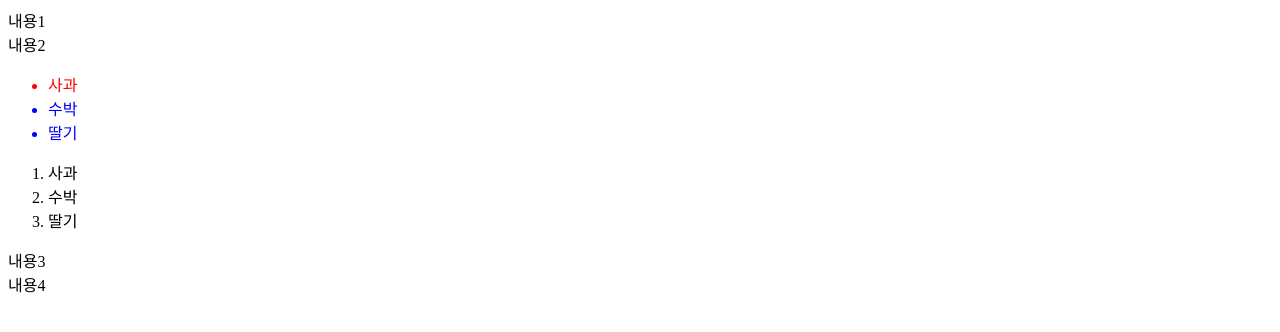
Repository: popconnect/jQuery
Page: http://localhost/jqueryEx01/jquery11.jsp
These files come from the project's save history. The page is drawn as it stood at one moment and after the next save; the edit follows.
The browser window is 1280 px wide. The pictures show the whole page.
The page is served by Tomcat 9.

Above is the page before, as saved 2023-05-15 07:20:45.

### jqueryEx01/src/main/webapp/jquery11.jsp
<%@ page language="java" contentType="text/html; charset=UTF-8"
	pageEncoding="UTF-8"%>
<!DOCTYPE html>
<html>
<head>
<meta charset="UTF-8">
<title>Insert title here</title>

<script src="https://ajax.googleapis.com/ajax/libs/jquery/3.6.4/jquery.min.js"></script>
<script type="text/javascript">
//window.jquery => jquery => $
	$(document).ready(function() {
		//parent() / children()
		//prev() / next()
		//sibling()
		$( '#l1' ).css('color', 'red');
		$( '#l1' ).parent().css('color', 'blue');
	});


</script>
</head>
<div>
	<div>내용1</div>
	<div>내용2</div>
	<div id='d1'>
	<ul>
		<li id='l1'>사과</li>
		<li>수박</li>
		<li>딸기</li>
	</ul>
	<ol>
		<li id='l2'>사과</li>
		<li>수박</li>
		<li>딸기</li>
	</ol>
	</div>
	<div>내용3</div>
	<div>내용4</div>
</div>
</body>
</html>

After the next save:
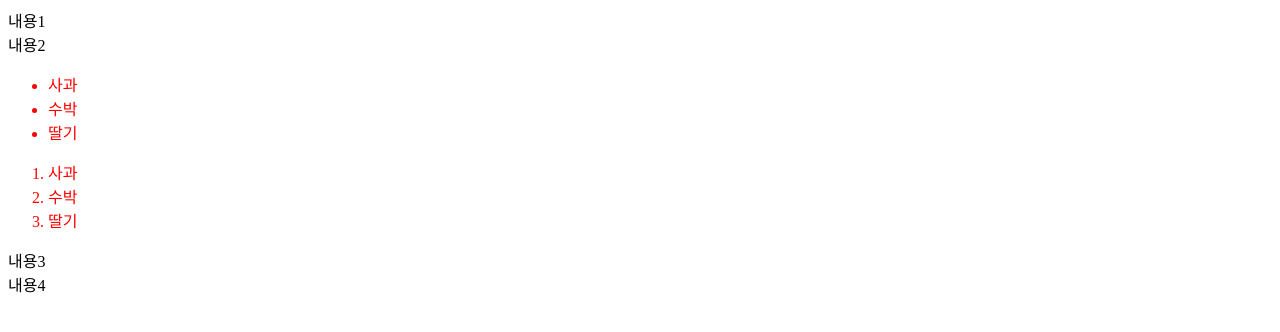
Saved 55 s later.
--- a/jqueryEx01/src/main/webapp/jquery11.jsp
+++ b/jqueryEx01/src/main/webapp/jquery11.jsp
@@ -13,8 +13,9 @@
 		//parent() / children()
 		//prev() / next()
 		//sibling()
-		$( '#l1' ).css('color', 'red');
-		$( '#l1' ).parent().css('color', 'blue');
+		//$( '#l1' ).css('color', 'red');
+		//$( '#l1' ).parent().css('color', 'blue');
+		$( '#d1' ).children().css('color', 'red');
 	});
 
 
